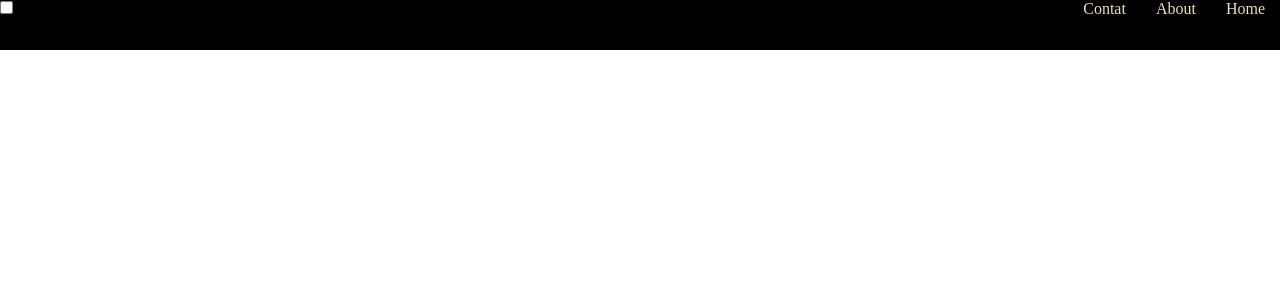
Repository: imokha01/toggleNavBar
Page: index.html
An editor plug-in stored every save of this project. The page is shown before and after the next save, followed by the edit.
The browser window is 1280 px wide. The pictures show the whole page.

Above is the page before, as saved 2023-12-26 22:15:47.

### index.html
<!DOCTYPE html>
<html lang="en">
<head>
    <meta charset="UTF-8">
    <meta name="viewport" content="width=device-width, initial-scale=1.0">
    <title>Toggle Nav Bar</title>
    <link rel="stylesheet" href="style.css">
</head>
<body>
    <header class="header">
        <div class="header__content">
            <nav class="header__content__navbar">
                <li class="header__content__navbar__list">
                    <a href="#" class="header__content__navbar__link">Home</a>
                </li>
                <li class="header__content__navbar__list">
                    <a href="#" class="header__content__navbar__link">About</a>
                </li>
                <li class="header__content__navbar__list">
                    <a href="#" class="header__content__navbar__link">Contat</a>
                </li>
            </nav>
            <input type="checkbox" class="checkbox toggle-triger">
        </div>

    </header>
</body>
</html>

### style.css
*{
    margin: 0;
    padding: 0;
    box-sizing: border-box;
}

.header {
    height: 20px;
    background: #000;
    height: 50px;

}


.header__content__navbar__list {
    display: inline-block;
    list-style-type: none;
    float: right
}

.header__content__navbar__link{
    color: wheat;
    text-decoration: none;
    margin: auto;
    padding: 15px

}

.header__content {

}

After the next save:
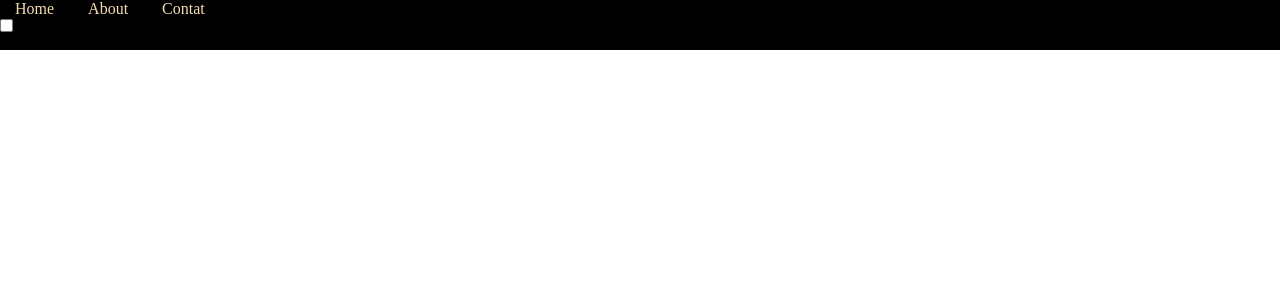
Saved 6 s later.
--- a/style.css
+++ b/style.css
@@ -15,7 +15,6 @@
 .header__content__navbar__list {
     display: inline-block;
     list-style-type: none;
-    float: right
 }
 
 .header__content__navbar__link{
